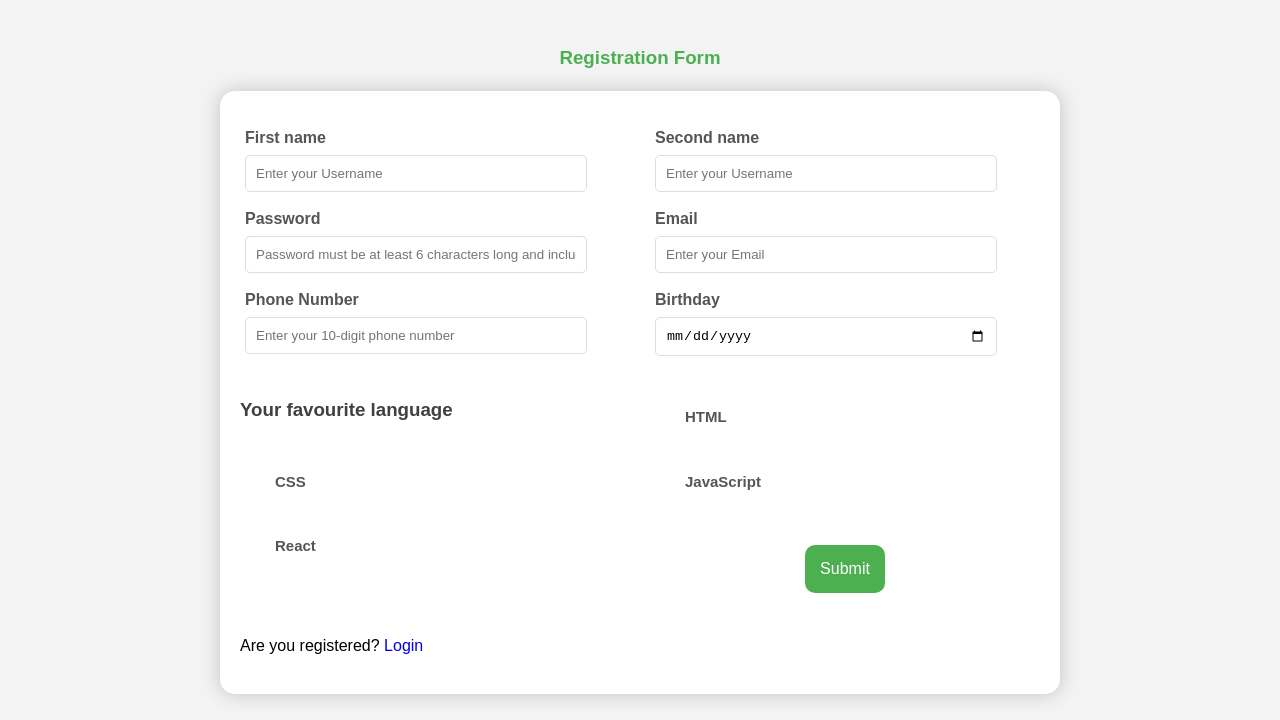
Repository: alizey12/Regestratin-Form-js
Page: regester.html
An editor plug-in stored every save of this project. The page is shown before and after a run of saves, followed by the edit.
The browser window is 1280 px wide. The pictures show the whole page.

Above is the page before, as saved 2024-11-29 20:31:33.

### regester.html
<!DOCTYPE html>
<html lang="en">
<head>
    <meta charset="UTF-8">
    <meta name="viewport" content="width=device-width, initial-scale=1.0">
    <link rel="stylesheet" href="regester.css">
    <title>Registration Form</title>
</head>
<body>
    <h3>Registration Form</h3>
    <div class="main">
        <form id="signupForm" action="">
            <div class="grid-container">
                <div>
                    <label for="username">First name</label>
                    <input type="text" id="username" name="username"
                           placeholder="Enter your Username"
                           required pattern="^[a-zA-Z0-9_]{3,15}$"
                           title="Username must be 3-15 characters long and can only contain letters, numbers, and underscores.">


                           <label for="password">Password</label>
                           <input type="password" id="password" name="password"
                                  placeholder="Password must be at least 6 characters long and include one letter and one number."
                                  required pattern="^(?=.*[A-Za-z])(?=.*\d)[A-Za-z\d]{6,}$"
                                  title="Password must be at least 6 characters long and include one letter and one number.">


                 <label for="quantity">Phone Number</label>
                 <input type="text" id="quantity" name="quantity"
                        placeholder="Enter your 10-digit phone number"
                        required pattern="^\d{10}$"
                        title="Enter a valid 10-digit phone number.">


                </div>
                <div>
                    <label for="username">Second name</label>
                    <input type="text" id="username" name="username"
                           placeholder="Enter your Username"
                           required pattern="^[a-zA-Z0-9_]{3,15}$"
                           title="Username must be 3-15 characters long and can only contain letters, numbers, and underscores.">

                    <label for="email">Email</label>
                    <input type="email" id="email" name="email"
                           placeholder="Enter your Email"
                           required pattern="^[a-zA-Z0-9._%+-]+@[a-zA-Z0-9.-]+\.[a-zA-Z]{2,}$">

                    <label for="birthday">Birthday</label>
                    <input type="date" id="birthday" name="birthday" required>



            </div>
            <h3 class="heading">Your favourite language</h3>
            <label class="container">
                HTML
                <input type="checkbox" name="language" value="HTML">
            </label>
            <label class="container">
                CSS
                <input type="checkbox" name="language" value="CSS">
            </label>
            <label class="container">
                JavaScript
                <input type="checkbox" name="language" value="JavaScript">
            </label>
            <label class="container">
                React
                <input type="checkbox" name="language" value="React">
            </label>

            <div class="wrap">
                <button type="submit">Submit</button>
            </div>
        </form>
        <p>Are you registered?
            <a href="signin.html" style="text-decoration: none;">Login</a>
        </p>
    </div>
    <script src="Regester.js"></script>
</body>
</html>

### regester.css
 body {
    display: flex;
    align-items: center;
    justify-content: center;
    font-family: sans-serif;
    line-height: 1.5;
    min-height: 100vh;
    background: #f3f3f3;
    flex-direction: column;
    margin: 0;
}

.main {
    background-color: #fff;
    border-radius: 15px;
    box-shadow: 0 0 20px rgba(0, 0, 0, 0.2);
    padding: 20px;
    transition: transform 0.2s;
    width: 800px;
}

h3 {
    color: #4CAF50;
    text-align: center;
}

label {
    display: block;
    margin-top: 10px;
    margin-bottom: 5px;
    text-align: left;
    color: #555;
    font-weight: bold;
}

input {
    display: block;
    width: 90%;
    margin-bottom: 15px;
    padding: 10px;
    box-sizing: border-box;
    border: 1px solid #ddd;
    border-radius: 5px;
}

button {
    padding: 15px;
    border-radius: 10px;
    margin-top: 15px;
    border: none;
    color: white;
    cursor: pointer;
    background-color: #4CAF50;
    font-size: 16px;
}

.wrap {
    display: flex;
    justify-content: center;
    align-items: center;
}

.grid-container {
    display: grid;

    grid-template-columns: 1fr 1fr;
    gap: 20px;
}

.grid-container div {
    padding: 5px;
}


.container {
    display: block;
    position: relative;
    padding-left: 35px;
    margin-bottom: 12px;
    cursor: pointer;
    font-size: 15px;
    -webkit-user-select: none;
    -moz-user-select: none;
    -ms-user-select: none;
    user-select: none;
  }
  .gen-rad{
    margin-top: 20%;
  }
  .container input {
    position: absolute;
    opacity: 0;
    cursor: pointer;
    height: 0;
    width: 0;
  }
  .heading{
    color: rgb(65, 63, 63);
    display: contents;
  padding: 5px;
  }
  .checkmark {
    position: absolute;
    top: 0;
    left: 0;
    height: 25px;
    width: 25px;
    background-color: #eee;
  }

  .container:hover input .checkmark {
    background-color: #ccc;
  }

  .container input:checked .checkmark {
    background-color: #279e63;
  }

  .checkmark:after {
    content: "";
    position: absolute;
    display: none;
  }

  .container input:checked  .checkmark:after {
    display: block;
  }


  .container .checkmark:after {
    left: 9px;
    top: 5px;
    width: 5px;
    height: 10px;
    border: solid white;
    border-width: 0 3px 3px 0;
    -webkit-transform: rotate(45deg);
    -ms-transform: rotate(45deg);
    transform: rotate(45deg);
  }


.gen-rad p {
    margin-bottom: 1px;
    font-weight: bold;
    color: #555;
}


.gen-rad label {

    font-size: 14px;
    color: #333;
}

### Regester.js
document.getElementById('signupForm').addEventListener('submit', function (event) {
    event.preventDefault(); // Prevent form submission

    // Get field values
    const username = document.getElementById('username').value;
    const email = document.getElementById('email').value;
    const password = document.getElementById('password').value;
    const quantity = document.getElementById('quantity').value;
    const birthday = document.getElementById('birthday').value;
    const gender = document.querySelector('input[name="gender"]:checked');
    const languages = Array.from(document.querySelectorAll('input[name="language"]:checked'))
                            .map(lang => lang.value);

    // Validate gender
    if (!gender) {
        alert('Please select your gender.');
        return;
    }

    // Validate at least one language is selected
    if (languages.length === 0) {
        alert('Please select at least one favourite language.');
        return;
    }

    // Log values in the console
    console.log('Username:', username);
    console.log('Email:', email);
    console.log('Password:', password);
    console.log('Phone Number:', quantity);
    console.log('Birthday:', birthday);
    console.log('Gender:', gender.value);
    console.log('Languages:', languages);

    // Show success message
    alert('Signup successful!');
});

After the next 2 saves:
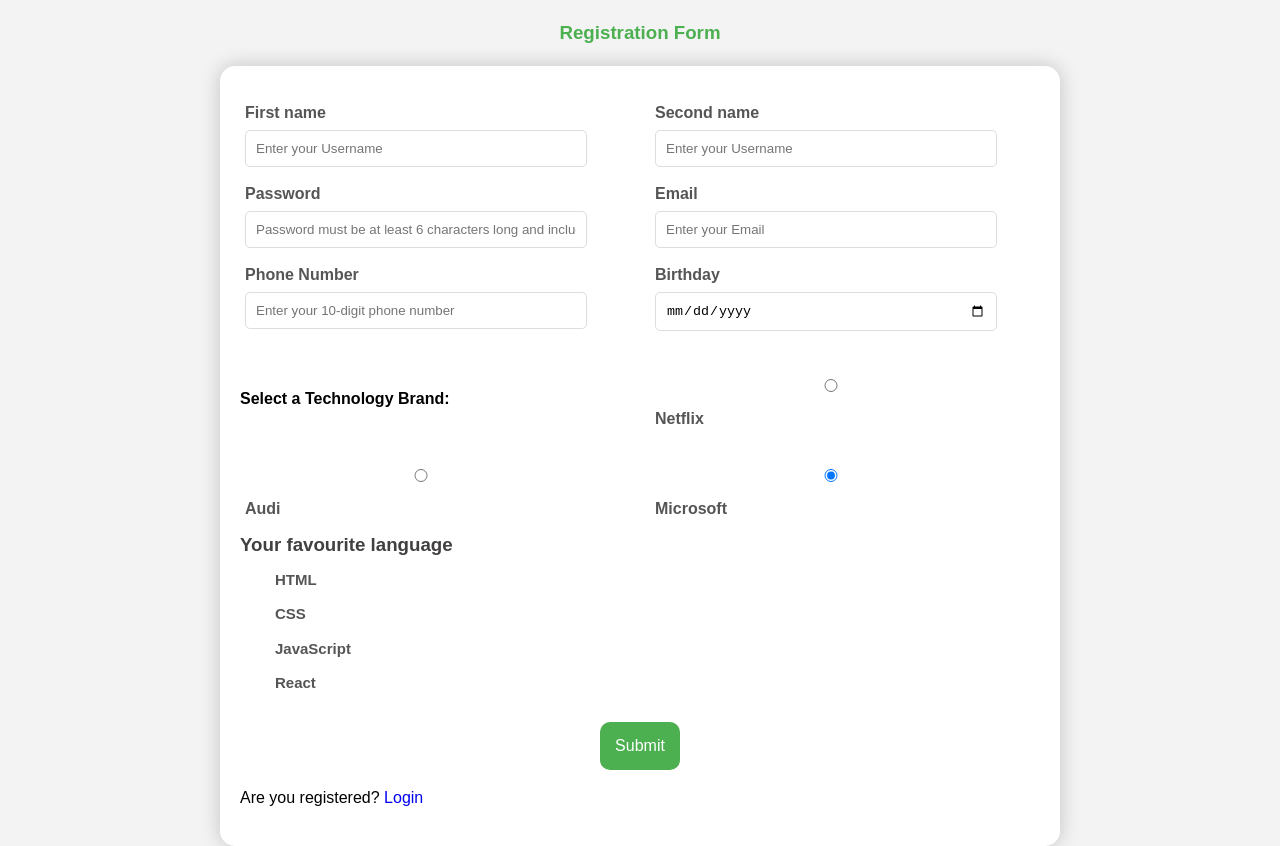
The 2 saves are shown as one change because they came seconds apart.
The last was saved 11 s later.
--- a/regester.html
+++ b/regester.html
@@ -52,6 +52,35 @@
 
 
             </div>
+            <p><b>Select a Technology Brand:</b></p>
+
+            <div>
+                <input type="radio"
+                       id="Netflix"
+                       name="brand"
+                       value="Netflix">
+                <label for="Netflix">Netflix</label>
+            </div>
+
+            <div>
+                <input type="radio"
+                       id="Audi"
+                       name="brand"
+                       value="Audi">
+                <label for="Audi">Audi</label>
+            </div>
+
+            <div>
+                <input type="radio"
+                       id="Microsoft"
+                       name="brand"
+                       value="Microsoft" checked>
+                <label for="Microsoft">Microsoft</label>
+            </div>
+
+
+
+    </div>
             <h3 class="heading">Your favourite language</h3>
             <label class="container">
                 HTML
